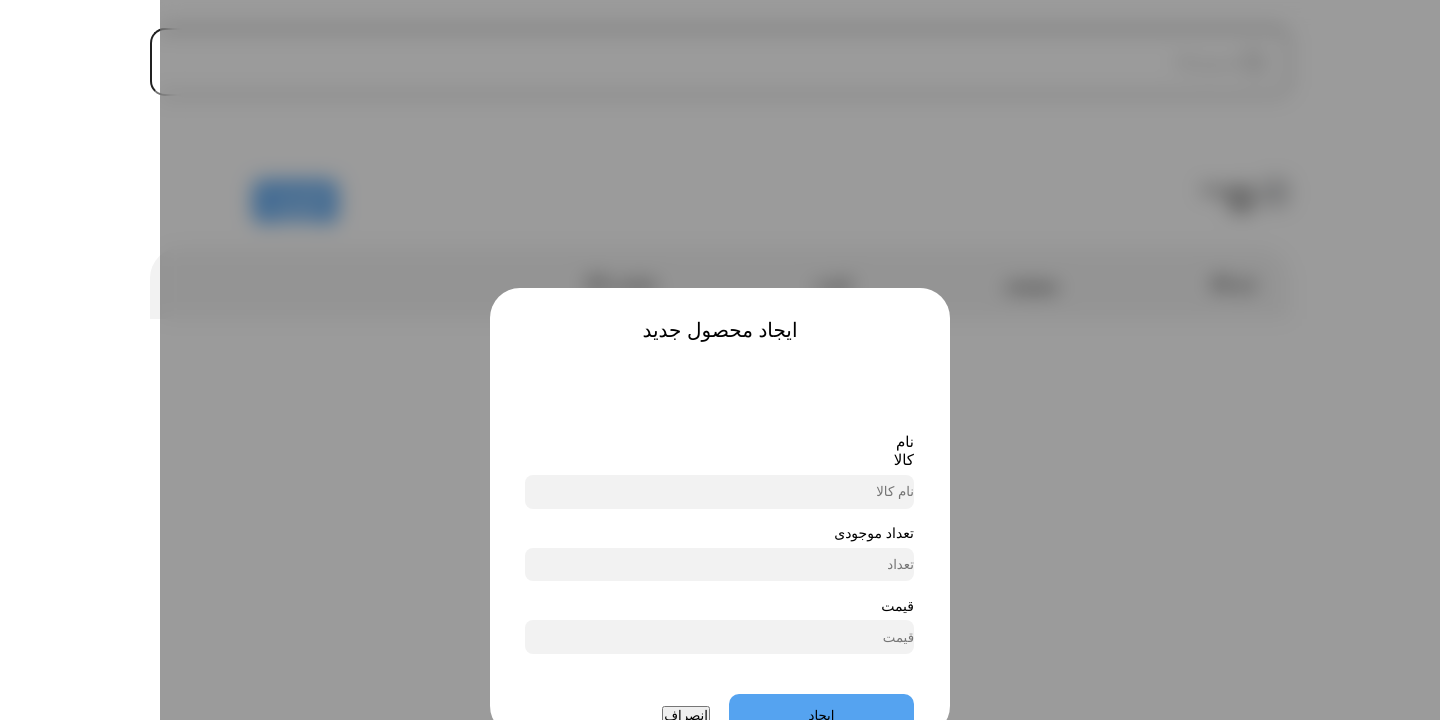
Repository: sobhan-rahimii/project-panel-admin-Next.Js
Page: /dashboard, after clicking the first element matching `button.Dashboard_7644c_addproduct`
These files come from the project's save history. The page is drawn as it stood at one moment and after a run of saves; the edit follows.
The browser window is 1280 px wide. The page is 1440 px wide, so the pictures cover 1440 px, including what lies to the right of the window. The pictures show the whole page.
The page's requests for data from a server got no answer. The project was rebuilt for these pictures with package versions that can differ from the ones it lists, and the page was loaded fresh each time. The framework's server and built-in components were replaced by stand-ins that run in the browser. No one was signed in, and anything a server would have sent is missing. Also part of the build but not shown: next.config.mjs.

Above is the page before, as saved 2025-09-01 15:53:36.

After the next 2 saves:
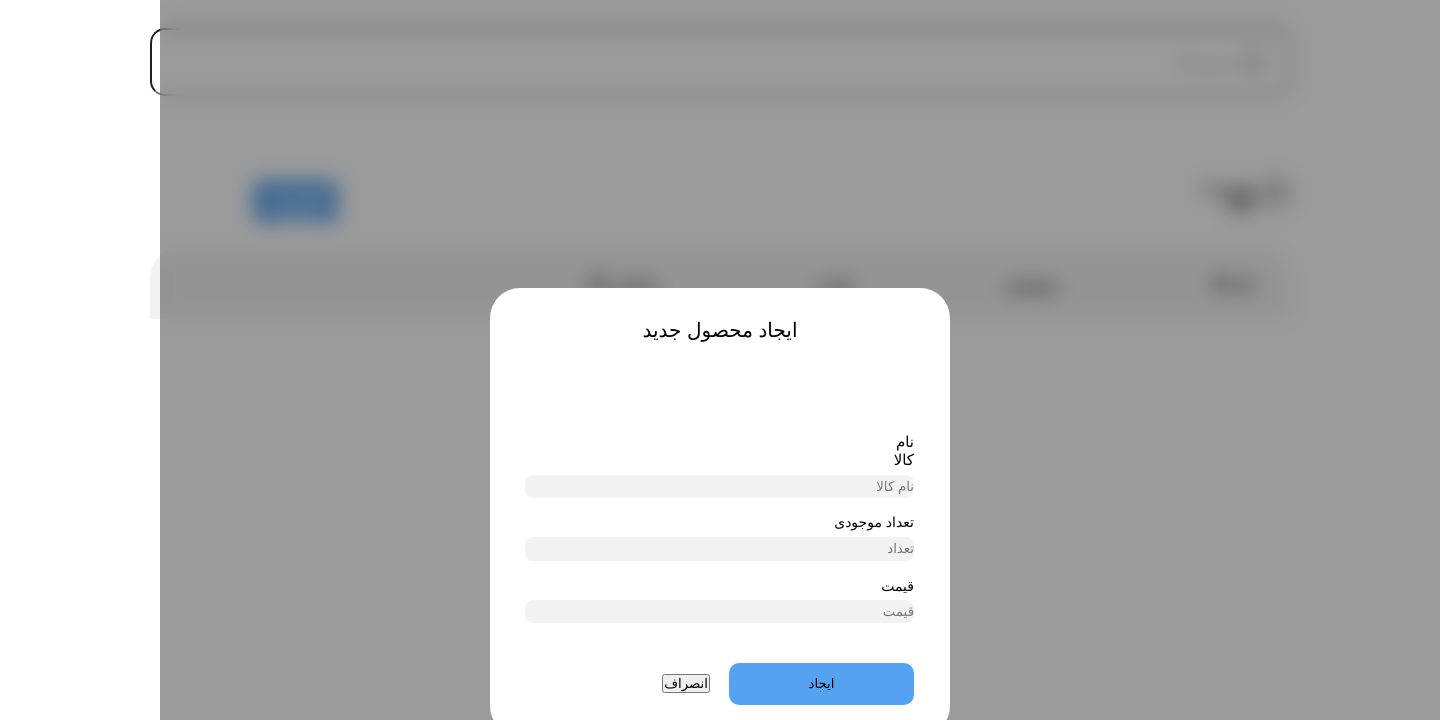
The 2 saves are shown as one change because they came seconds apart.
The last was saved 7 s later.
--- a/styles/AddProductModal.module.css
+++ b/styles/AddProductModal.module.css
@@ -101,5 +101,5 @@
     margin-right: 36px;
     margin-top: 40px;
     margin-left: 19px;
-
+    margin-bottom: 31px;
 }
